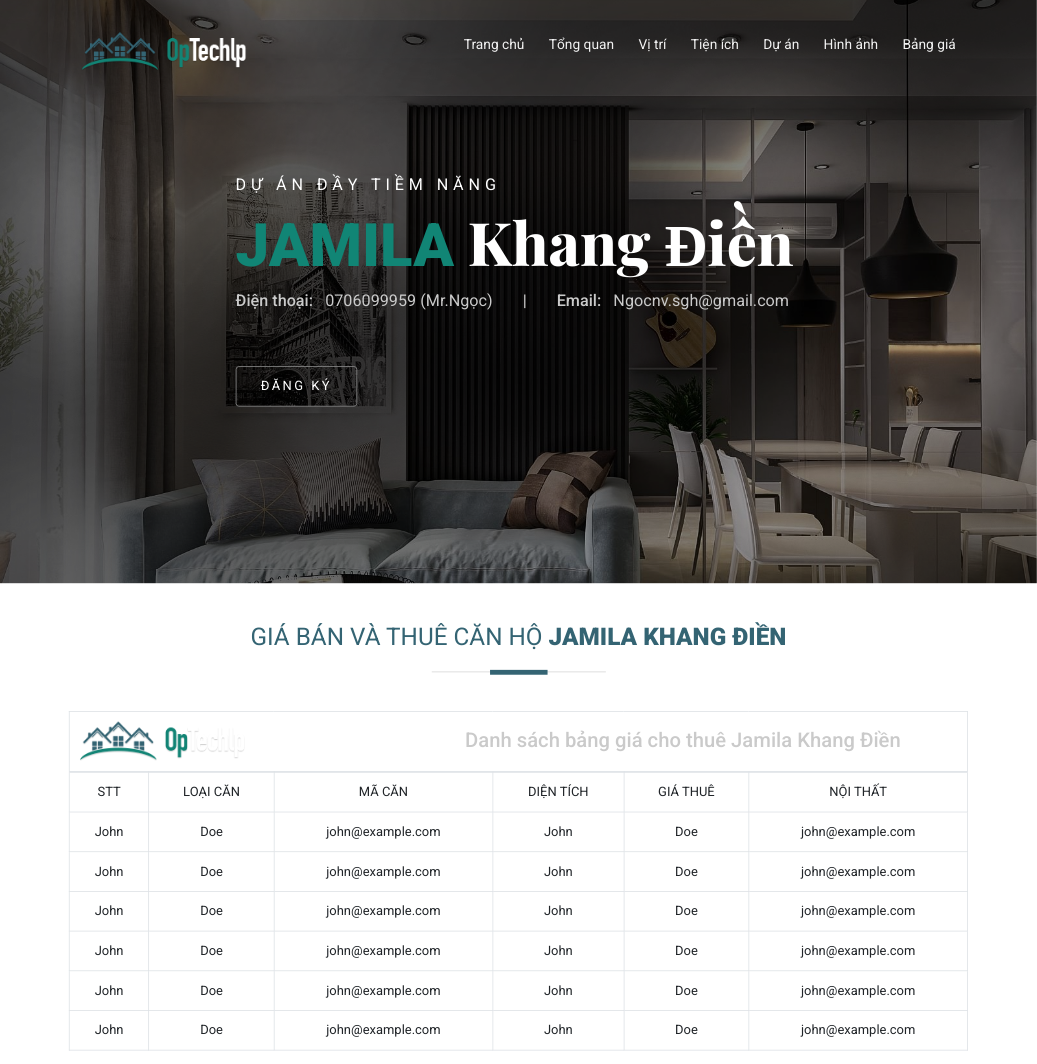
Repository: phunobi1807/Myweb
Page: index.html
An editor plug-in stored every save of this project. The page is shown before and after the next save, followed by the edit.
The browser window is 1280 px wide. The pictures show the whole page, at 81% of full size.
Some web fonts or font styles are not loaded; a fallback is used.

Above is the page before, as saved 2021-05-14 13:41:35.

### index.html
<!DOCTYPE html>
<html lang="en">

<head>
    <meta charset="UTF-8">
    <meta http-equiv="X-UA-Compatible" content="IE=edge">
    <meta name="viewport" content="width=device-width, initial-scale=1.0">
    <link rel="stylesheet" type="text/css" href="./css/style.css">
    <title>JAMILA Khang Điền</title>
</head>

<body>
    <header>
        <a href="#" class="logo">
            <img src="./image/logo-banner.png" alt="logo">
        </a>
        <div class="menuToggle" onclick="toggleMenu"></div>
        <ul class="navigation">
            <li><a href="#" onclick="toggleMenu">Trang chủ</a></li>
            <li><a href="#" onclick="toggleMenu">Tổng quan</a></li>
            <li><a href="#" onclick="toggleMenu">Vị trí</a></li>
            <li><a href="#" onclick="toggleMenu">Tiện ích</a></li>
            <li><a href="#" onclick="toggleMenu">Dự án</a></li>
            <li><a href="#" onclick="toggleMenu">Hình ảnh</a></li>
            <li><a href="#" onclick="toggleMenu">Bảng giá</a></li>
        </ul>
    </header>
    <section class="banner" id="banner">
        <div class="content">
            <p class="title">dự án đầy tiềm năng</p>
            <h3><strong>JAMILA</strong> Khang Điền</h3>
            <div class="content-contact">
                <p class="phone">Điện thoại: <span class="number-phone">0706099959 (Mr.Ngọc)</span></p>
                <div class="gachgiua">|</div>
                <p class="email">Email: <span class="email">Ngocnv.sgh@gmail.com</span></p>
            </div>
            <div class="input">
                <input type="button" class="btn btn-outline" value="Đăng ký">
            </div>
        </div>
    </section>
    <section class="price-apartment mt-5">
        <div class="container text-center">
            <div class="list-price-apartment">
                <h1>giá bán và thuê căn hộ <span>jamila khang điền</span></h1>
                <div class="gach-chan">
                    <div class="gachchan"></div>
                </div>
                <table class="table table-bordered mt-5">
                    <thead>
                        <tr>
                            <th colspan="6">
                                <div class="title-table">
                                    <img src="./image/logo-banner.png" alt="">
                                    <p>Danh sách bảng giá cho thuê Jamila Khang Điền</p>
                                </div>
                            </th>
                        </tr>
                    </thead>
                    <tbody>
                        <tr class="list-title">
                            <td>STT</td>
                            <td>loại căn</td>
                            <td>mã căn</td>
                            <td>diện tích</td>
                            <td>giá thuê</td>
                            <td>nội thất</td>
                        </tr>
                        <tr>
                            <td>John</td>
                            <td>Doe</td>
                            <td>john@example.com</td>
                            <td>John</td>
                            <td>Doe</td>
                            <td>john@example.com</td>
                        </tr>
                        <tr>
                            <td>John</td>
                            <td>Doe</td>
                            <td>john@example.com</td>
                            <td>John</td>
                            <td>Doe</td>
                            <td>john@example.com</td>
                        </tr>
                        <tr>
                            <td>John</td>
                            <td>Doe</td>
                            <td>john@example.com</td>
                            <td>John</td>
                            <td>Doe</td>
                            <td>john@example.com</td>
                        </tr>
                        <tr>
                            <td>John</td>
                            <td>Doe</td>
                            <td>john@example.com</td>
                            <td>John</td>
                            <td>Doe</td>
                            <td>john@example.com</td>
                        </tr>
                        <tr>
                            <td>John</td>
                            <td>Doe</td>
                            <td>john@example.com</td>
                            <td>John</td>
                            <td>Doe</td>
                            <td>john@example.com</td>
                        </tr>
                        <tr>
                            <td>John</td>
                            <td>Doe</td>
                            <td>john@example.com</td>
                            <td>John</td>
                            <td>Doe</td>
                            <td>john@example.com</td>
                        </tr>

                    </tbody>

                </table>
            </div>
        </div>
    </section>
    <link rel="stylesheet" href="https://maxcdn.bootstrapcdn.com/bootstrap/4.5.2/css/bootstrap.min.css">
    <script src="https://ajax.googleapis.com/ajax/libs/jquery/3.5.1/jquery.min.js"></script>
    <script src="https://cdnjs.cloudflare.com/ajax/libs/popper.js/1.16.0/umd/popper.min.js"></script>
    <script src="https://maxcdn.bootstrapcdn.com/bootstrap/4.5.2/js/bootstrap.min.js"></script>
    <script type="text/javascript">
        window.addEventListener('scroll', function() {
            const header = document.querySelector('header');
            header.classList.toggle("sticky", window.scrollY > 0);
        });

        function toggleMenu() {
            const menutoggle = document.querySelector('.menuToggle');
            const navigation = document.querySelector('.navigation');
            menuToggle.classList.toggle('active');
            navigation.classList.toggle('active');
        }
    </script>
</body>

</html>
<!-- <script type="text/javascript">
    window.addEventListener('scroll', function() {
        const header = document.querySelector('header');
        header.classList.toggle("sticky", window.scrollY > 0);
    });

    function toggleMenu() {
        const menuToggle = document.querySelector('.menuToggle');
        const navigation = document.querySelector('.navigation');
        menuToggle.classList.toggle('active');
        navigation.classList.toggle('active');
    }
</script> -->

### css/style.css
    @import url(https://fonts.googleapis.com/css2?family=Roboto:wght@100;200;300;400;500;600;800;900&display=swap);
    @import url(https://fonts.googleapis.com/css2?family=Playfair+Display:wght@100;200;300;400;500;600;800;900&display=swap);
    * {
        margin: 0;
        padding: 0;
        box-sizing: border-box;
        font-family: 'Roboto', 'Regular';
        scroll-behavior: smooth;
    }

    body {
        overflow-x: hidden;
    }

    p {
        font-weight: 300;
        color: #ffffff;
    }

    .banner {
        position: relative;
        width: 100%;
        min-height: 100vh;
        display: flex;
        justify-content: center;
        align-items: center;
        background: url('../image/banner.png');
        background-size: cover;
    }

    .banner .content {
        max-width: 900px;
        text-align: left;
    }

    .banner .content p.title {
        font-size: 20px;
        opacity: 100%;
        text-transform: uppercase;
        font-weight: 400;
        letter-spacing: 6px;
        line-height: 20px;
        color: #ffffff;
    }

    .banner .content h3 {
        font-family: 'Playfair Display', serif;
        font-size: 74px;
        font-style: bold;
        font-weight: 700;
        color: #ffffff;
        text-align: left;
    }

    .banner .content h3 strong {
        color: #118575;
    }

    .banner .content .content-contact {
        margin-bottom: 50px;
    }

    .banner .content .content-contact,
    p {
        display: flex;
        color: #cacaca;
        font-size: 20px;
        font-style: bold;
        font-weight: 500;
    }

    .banner .content .content-contact p span {
        padding: 0px 15px;
        font-weight: 400;
        font-style: normal;
        color: #cacaca;
    }

    .banner .content .content-contact .gachgiua {
        padding-right: 15px;
        margin: 0px 22px;
    }

    .banner .content .input input {
        width: 150px;
        height: 50px;
        border: 1px solid;
        /* opacity: 40%; */
        color: #ffffff;
        border-color: #8a8a8a;
        text-transform: uppercase;
        letter-spacing: 3px;
        transition: 0.5s;
    }

    .banner .content .input input:hover {
        width: 160px;
        transition: 0.5s;
        background-color: #118575;
    }

    .banner .content .input input::-ms-value {
        color: red;
    }

    header {
        position: fixed;
        top: 0;
        left: 0;
        width: 100%;
        padding: 40px 100px;
        z-index: 10;
        display: flex !important;
        justify-content: space-between;
        align-items: center;
        transition: 0.5s;
    }

    header.sticky {
        background: rgb(43, 43, 43);
        padding: 10px 100px;
        box-shadow: 0 5px 20px rgba(0, 0, 0, 0.05);
    }

    header.sticky ul {
        margin-top: 14px;
        line-height: 14px;
    }

    header .navigation {
        position: relative;
        display: flex;
    }

    header .navigation li {
        list-style-type: none;
        margin-left: 30px;
    }

    header .navigation li a {
        opacity: 100%;
        font-size: 17px;
        text-decoration: none;
        color: #f2f2f2;
        line-height: 20px;
    }

    header.sticky .navigation li a {
        color: #fff;
    }

    header .navigation li a:hover {
        color: #118575;
        letter-spacing: 3px;
        transition: 1s;
        text-transform: uppercase;
    }
    /* giá bán căn hộ trong bảng  */

    .price-apartment h1 {
        font-size: 30px;
        text-transform: uppercase;
        font-weight: 400;
        color: #346473;
    }

    .price-apartment h1 span {
        font-weight: 900;
    }

    .price-apartment .gach-chan {
        border-bottom: 1px solid #d7d7d7;
        width: 215px;
        margin-left: 28rem;
        z-index: 1;
        margin-top: 25px;
    }

    .price-apartment .gachchan {
        position: absolute;
        border: 3px solid #346473;
        width: 71px;
        margin-left: 4.5rem;
        z-index: 10;
        margin-top: -2.5px;
    }

    .price-apartment .title-table {
        display: flex;
        justify-content: space-between;
    }

    .price-apartment .title-table img {}

    .price-apartment .title-table p {
        line-height: 21px;
        margin-top: 12px;
        padding: 0px 70px;
        /* color: #fff; */
        font-size: 25px;
    }

    .price-apartment table tr.list-title {
        text-transform: uppercase;
    }
    /* end giá bán căn hộ trong bảng  */

After the next save:
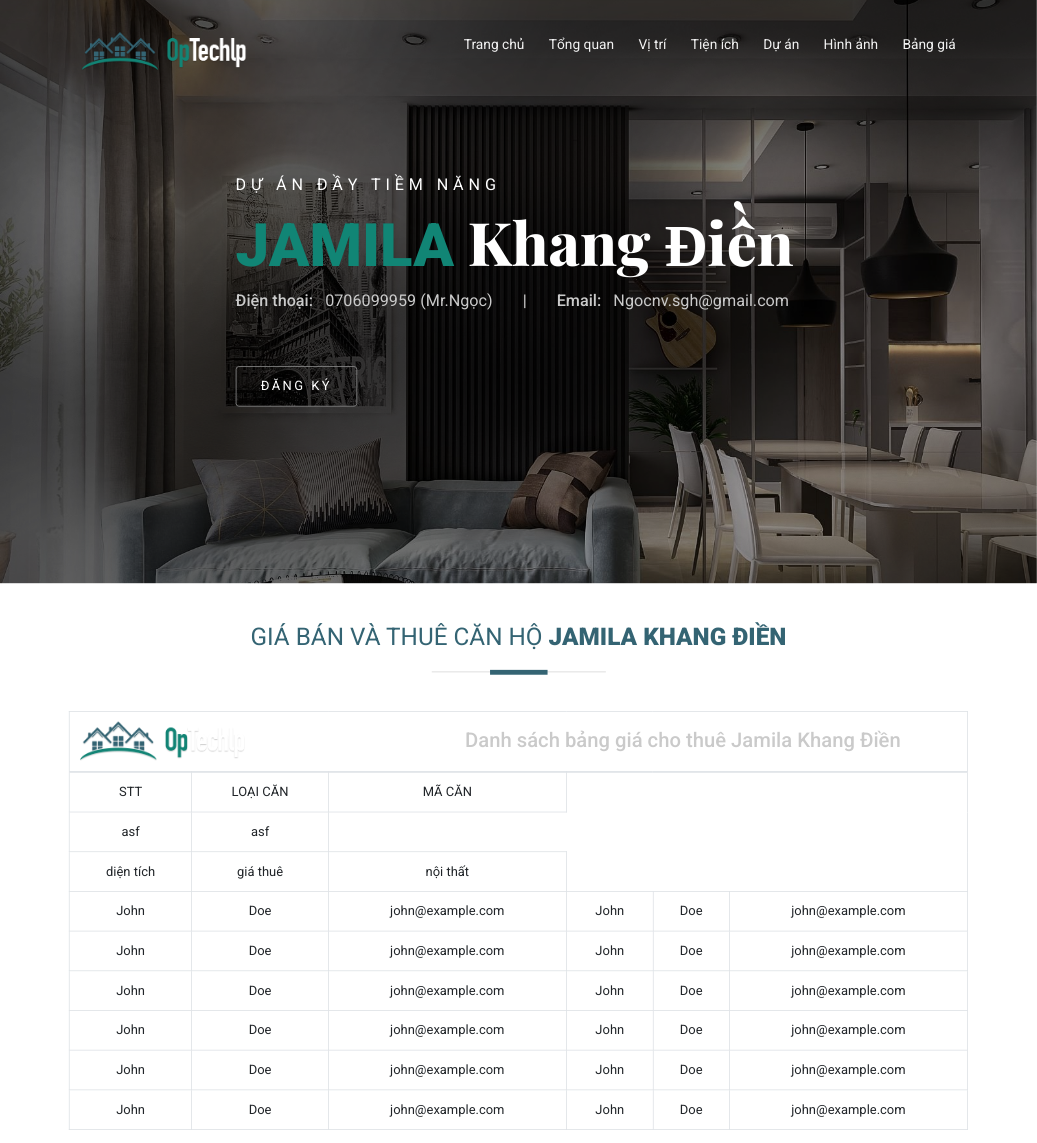
Saved 78 s later.
--- a/index.html
+++ b/index.html
@@ -61,7 +61,12 @@
                         <tr class="list-title">
                             <td>STT</td>
                             <td>loại căn</td>
-                            <td>mã căn</td>
+                            <td>mã căn
+                                <tr>
+                                    <td>asf</td>
+                                    <td>asf</td>
+                                </tr>
+                            </td>
                             <td>diện tích</td>
                             <td>giá thuê</td>
                             <td>nội thất</td>
